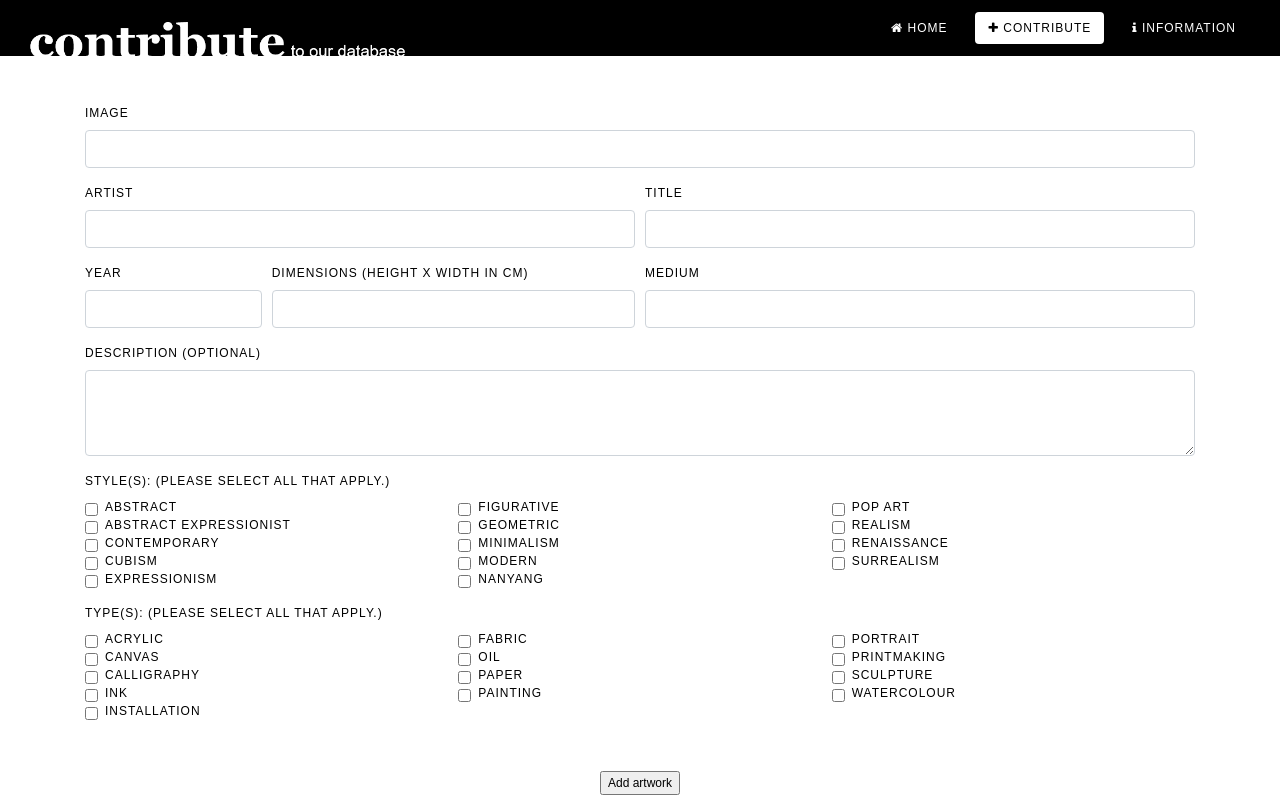
Repository: lynette-lyf/artwork-inventory
Page: http://localhost/add-artwork
The author's editor kept a record of every edit. The page is drawn from the files as they stood at one moment, then again after the next edit.
The browser window is 1280 px wide. The pictures show the whole page.
The page is served by the project's application, run on Flask 3 (app.py).

Above is the page before.

### templates/add_artwork.template.html
<!doctype html>
<html lang="en">
  <head>
    <!-- Required meta tags -->
    <meta charset="utf-8">
    <meta name="viewport" content="width=device-width, initial-scale=1, shrink-to-fit=no">

    <!-- Bootstrap CSS -->
    <link rel="stylesheet" href="https://stackpath.bootstrapcdn.com/bootstrap/4.3.1/css/bootstrap.min.css" integrity="sha384-ggOyR0iXCbMQv3Xipma34MD+dH/1fQ784/j6cY/iJTQUOhcWr7x9JvoRxT2MZw1T" crossorigin="anonymous">
    <!-- Font Awesome CSS -->
    <link href="https://maxcdn.bootstrapcdn.com/font-awesome/4.7.0/css/font-awesome.min.css" rel="stylesheet"/>
    <!-- Google Fonts API -->
    <link href="https://fonts.googleapis.com/css?family=Work+Sans:300,600,800&display=swap" rel="stylesheet">
    <link rel="stylesheet" type="text/css" href="/static/css/style.css">

    <title>Contribute an artwork</title>
  <style>
       body {
    font-family: Arial;
    font-size: 12px;
    color: black;
    text-transform: uppercase;
    letter-spacing:1px;
}

::-webkit-scrollbar {
  width: 5px;
  height: 5px;
  border-left: 0;
  background: white;
}

::-webkit-scrollbar-track {
  background: white;
}

::-webkit-scrollbar-thumb {
  background: black;
  border-radius: 0;
}

.navbar-default {
    background-color: black;
}


#logo {
    position: absolute;
    z-index:1;
    top:-3px;

}

#contribute, #submit {
  font-family: Arial;
    color: black;
    text-decoration: none;
    text-transform: uppercase;
    font-size: 12px;
    letter-spacing:1px;
    background-color: white;
    margin-right:15px;
}

#home, #information {
    font-family: Arial;
    color: white;
    text-decoration: none;
    text-transform: uppercase;
    font-size: 12px;
    letter-spacing:1px;
    background-color: black;
    margin-right:15px;
}


#home:hover, #information:hover, #submit:hover {
    background-color: white;
    color:black;
}




@media (max-width: 994px) {
    .img-fluid {
        max-width:100%
    }

    #home {
        margin-top:2rem;
    }
}

@media screen and (min-width: 995px) {
    .navbar-nav {
        align-items: end;
    }

    .img-fluid {
        max-height:500px;
        max-width:500px
    }
}

  </style>

  </head>


  <body>


    <img id="logo" style="max-height:100px;" src="static/img/contribute-artwork.png"/>

<nav class="navbar navbar-expand-lg navbar-default">
  <a class="navbar-brand" href="#">&nbsp;</a>
  <button class="navbar-toggler" type="button" data-toggle="collapse" data-target="#navbarSupportedContent" aria-controls="navbarSupportedContent" aria-expanded="false" aria-label="Toggle navigation">
    <span class="navbar-toggler-icon"> <i class="fa fa-bars" style="color:#fff; font-size:28px;"></i></span>
  </button>

  <div class="collapse navbar-collapse justify-content-end" id="navbarSupportedContent">
    <ul class="navbar-nav">
      <li class="nav-item">
          <a href="#" id="home" class="btn btn-default"><i class="fa fa-home"></i>    Home</a>
      </li>
      <li class="nav-item">
          <div id="contribute" class="btn btn-default" aria-disabled="true"><i class="fa fa-plus"></i>    Contribute</div>
      </li>
      <li class="nav-item">
        <a href="#" id="information" class="btn btn-default"><i class="fa fa-info"></i>    Information</a>
      </li>
    </ul>

        </div>
  </div>
</nav>


















    <div class='container'>

        <form class='form pt-5' method="POST">


          <div class='form-row'>
              <div class='col-12 mb-3'>
                <label>Image</label>
                <input type='text' class='form-control' name='image' required/>
            </div>



            <div class='col-6 mb-3'>
                <label>Artist</label>
                <input type='text' class='form-control' name='artist' required/>
            </div>
            <div class='col-6 mb-3'>
                <label>Title</label>
                <input type='text' class='form-control' name='title' required/>
            </div>
          </div>

          <div class='form-row'>
            <div class='col-2 mb-3'>
                <label>Year</label>
                <input type='number' class='form-control' maxlength='4' min='1000' max='2019' name='year' required/>
            </div>
            <div class='col-4 mb-3'>
                <label>Dimensions (height x width in cm)</label>
                <input type='text' class='form-control' name='dimensions' required/>
            </div>
            <div class='col-6 mb-3'>
                <label>Medium</label>
                <input type='text' class='form-control' name='medium' required/>
            </div>
          </div>

            <div class='form-group'>
                <label>Description (optional)</label>
                <textarea class="form-control" rows="3" name='description'></textarea>
            </div>

          <div class='form-row'>
            <div class='col-12'>
           <label>Style(s): (Please select all that apply.)</label>
           </div>
           </div>

            <div class='form-row'>
            <div class='col-4'>



            <div class="form-check">
            <input class="form-check-input" type='checkbox' value='Abstract' id="type" name="type">
            <label class="form-check-label" for="Abstract">Abstract</label>
            </div>

            <div class="form-check">
            <input class="form-check-input" type='checkbox' value='Abstract Expressionist' id="type" name="type">
            <label class="form-check-label" for="Abstract Expressionist">Abstract Expressionist</label>
            </div>

            <div class="form-check">
            <input class="form-check-input" type='checkbox' value='Contemporary' id="type" name="type">
            <label class="form-check-label" for="Contemporary">Contemporary</label>
            </div>

            <div class="form-check">
            <input class="form-check-input" type='checkbox' value='Cubism' id="type" name="type">
            <label class="form-check-label" for="Cubism">Cubism</label>
            </div>

            <div class="form-check">
            <input class="form-check-input" type='checkbox' value='Expressionism' id="type" name="type">
            <label class="form-check-label" for="Expressionism">Expressionism</label>
            </div>

            </div>

            <div class='col-4'>

            <div class="form-check">
            <input class="form-check-input" type='checkbox' value='Figurative' id="type" name="type">
            <label class="form-check-label" for="Figurative">Figurative</label>
            </div>

            <div class="form-check">
            <input class="form-check-input" type='checkbox' value='Geometric' id="type" name="type">
            <label class="form-check-label" for="Geometric">Geometric</label>
            </div>

            <div class="form-check">
            <input class="form-check-input" type='checkbox' value='Minimalism' id="type" name="type">
            <label class="form-check-label" for="Minimalism">Minimalism</label>
            </div>

            <div class="form-check">
            <input class="form-check-input" type='checkbox' value='Modern' id="type" name="type">
            <label class="form-check-label" for="Modern">Modern</label>
            </div>

            <div class="form-check">
            <input class="form-check-input" type='checkbox' value='Nanyang' id="type" name="type">
            <label class="form-check-label" for="Nanyang">Nanyang</label>
            </div>

            </div>

            <div class='col-4'>

            <div class="form-check">
            <input class="form-check-input" type='checkbox' value='Pop Art' id="type" name="type">
            <label class="form-check-label" for="Pop Art">Pop Art</label>
            </div>

            <div class="form-check">
            <input class="form-check-input" type='checkbox' value='Realism' id="type" name="type">
            <label class="form-check-label" for="Realism">Realism</label>
            </div>

            <div class="form-check">
            <input class="form-check-input" type='checkbox' value='Renaissance' id="type" name="type">
            <label class="form-check-label" for="Renaissance">Renaissance</label>
            </div>

            <div class="form-check">
            <input class="form-check-input" type='checkbox' value='Surrealism' id="type" name="type">
            <label class="form-check-label" for="Surrealism">Surrealism</label>
            </div>




            </div>
            </div>

            <div class='form-row'>
            <div class='col-12 pt-3'>

           <label>Type(s): (Please select all that apply.)</label>
           </div>
           </div>

            <div class='form-row pb-5'>
            <div class='col-4'>

            <div class="form-check">
            <input class="form-check-input" type='checkbox' value='Acrylic' id="type" name="type">
            <label class="form-check-label" for="Acrylic">Acrylic</label>
            </div>

            <div class="form-check">
            <input class="form-check-input" type='checkbox' value='Canvas' id="type" name="type">
            <label class="form-check-label" for="Canvas">Canvas</label>
            </div>

            <div class="form-check">
            <input class="form-check-input" type='checkbox' value='Calligraphy' id="type" name="type">
            <label class="form-check-label" for="Calligraphy">Calligraphy</label>
            </div>

            <div class="form-check">
            <input class="form-check-input" type='checkbox' value='Ink' id="type" name="type">
            <label class="form-check-label" for="Ink">Ink</label>
            </div>

            <div class="form-check">
            <input class="form-check-input" type='checkbox' value='Installation' id="type" name="type">
            <label class="form-check-label" for="Installation">Installation</label>
            </div>

            </div>

            <div class='col-4'>

            <div class="form-check">
            <input class="form-check-input" type='checkbox' value='Fabric' id="type" name="type">
            <label class="form-check-label" for="Fabric">Fabric</label>
            </div>

            <div class="form-check">
            <input class="form-check-input" type='checkbox' value='Oil' id="type" name="type">
            <label class="form-check-label" for="Oil">Oil</label>
            </div>

            <div class="form-check">
            <input class="form-check-input" type='checkbox' value='Paper' id="type" name="type">
            <label class="form-check-label" for="Paper">Paper</label>
            </div>

            <div class="form-check">
            <input class="form-check-input" type='checkbox' value='Painting' id="type" name="type">
            <label class="form-check-label" for="Painting">Painting</label>
            </div>

            </div>

            <div class='col-4'>

            <div class="form-check">
            <input class="form-check-input" type='checkbox' value='Portrait' id="type" name="type">
            <label class="form-check-label" for="Portrait">Portrait</label>
            </div>

            <div class="form-check">
            <input class="form-check-input" type='checkbox' value='Printmaking' id="type" name="type">
            <label class="form-check-label" for="Printmaking">Printmaking</label>
            </div>

            <div class="form-check">
            <input class="form-check-input" type='checkbox' value='Sculpture' id="type" name="type">
            <label class="form-check-label" for="Sculpture">Sculpture</label>
            </div>

            <div class="form-check">
            <input class="form-check-input" type='checkbox' value='Watercolour' id="type" name="type">
            <label class="form-check-label" for="Watercolour">Watercolour</label>
            </div>

            </div>
            </div>



          <div class="col-12 text-center" id="submit">
           <input type="submit" value="Add artwork"/>
           </div>
        </form>
    </div>

    <!-- Optional JavaScript -->
    <!-- jQuery first, then Popper.js, then Bootstrap JS -->
    <script src="https://code.jquery.com/jquery-3.3.1.slim.min.js" integrity="sha384-q8i/X+965DzO0rT7abK41JStQIAqVgRVzpbzo5smXKp4YfRvH+8abtTE1Pi6jizo" crossorigin="anonymous"></script>
    <script src="https://cdnjs.cloudflare.com/ajax/libs/popper.js/1.14.7/umd/popper.min.js" integrity="sha384-UO2eT0CpHqdSJQ6hJty5KVphtPhzWj9WO1clHTMGa3JDZwrnQq4sF86dIHNDz0W1" crossorigin="anonymous"></script>
    <script src="https://stackpath.bootstrapcdn.com/bootstrap/4.3.1/js/bootstrap.min.js" integrity="sha384-JjSmVgyd0p3pXB1rRibZUAYoIIy6OrQ6VrjIEaFf/nJGzIxFDsf4x0xIM+B07jRM" crossorigin="anonymous"></script>
  </body>
</html>

### app.py
from flask import Flask, render_template, request, redirect, url_for, flash
import os
from bson import ObjectId
import re

import pymongo

MONGO_URI = os.getenv('MONGO_URI')
DATABASE_NAME = 'artworksAndConsigners'

conn = pymongo.MongoClient(MONGO_URI)

def get_connection():
    conn = pymongo.MongoClient(MONGO_URI)
    return conn

app = Flask(__name__)

# READ**************************************************************************

@app.route('/')
def index():
    search_terms = request.args.get('search-by')
    filter = request.args.getlist('filter')

    all_styles = ['Abstract', 'Abstract Expressionist', 'Contemporary', 'Cubism', 'Expressionism', 'Figurative', 'Geometric', 'Minimalism', 'Modern', 'Nanyang', 'Pop Art', 'Realism', 'Renaissance', 'Surrealism']
    all_types = ['Acrylic', 'Canvas', 'Calligraphy', 'Ink', 'Installation', 'Fabric', 'Oil', 'Paper', 'Painting', 'Portrait', 'Printmaking', 'Sculpture', 'Watercolour']

    search_criteria = {}
    print (search_criteria)
    if search_terms is not None and search_terms is not "":
        search_criteria["title"] = re.compile(r'{}'.format(search_terms), re.I)

    if len(filter) > 0:
        search_criteria['all_styles', 'all_types'] = {
            '$all' : filter
        }

    print (search_criteria)

    if search_terms is None:
        search_terms = ""

    conn = get_connection()
    artworksAndConsigners = conn[DATABASE_NAME]['artworksAndConsigners'].find(search_criteria)
    return render_template('index.template.html', results=artworksAndConsigners, search_terms=search_terms, filter=filter, all_styles=all_styles, all_types=all_types)

# CREATE************************************************************************

@app.route('/add-artwork')
def show_add_artwork_form():
    return render_template('add_artwork.template.html')

@app.route('/add-artwork', methods=['POST'])
def process_add_artwork_form():
    image = request.form.get('image')
    artist = request.form['artist']
    title = request.form['title']
    year = request.form['year']
    dimensions = request.form['dimensions']
    medium = request.form['medium']
    description = request.form['description']
    type = request.form.getlist('type')

    conn = get_connection()
    conn[DATABASE_NAME]['artworksAndConsigners'].insert({
        "image" : image,
        "artist" : artist,
        "title" : title,
        "year" : year,
        "dimensions" : dimensions,
        "medium" : medium,
        "description" : description,
        "type" : type
    })

    return redirect("/")

# UPDATE************************************************************************

@app.route('/edit-artwork/<artwork_id>')
def show_edit_artwork_form(artwork_id):
    conn = get_connection()
    artwork = conn[DATABASE_NAME]['artworksAndConsigners'].find_one({
        '_id': ObjectId(artwork_id)
    })

    results = artwork['type']
    all_styles = ['Abstract', 'Abstract Expressionist', 'Contemporary', 'Cubism', 'Expressionism', 'Figurative', 'Geometric', 'Minimalism', 'Modern', 'Nanyang', 'Pop Art', 'Realism', 'Renaissance', 'Surrealism']
    all_types = ['Acrylic', 'Canvas', 'Calligraphy', 'Ink', 'Installation', 'Fabric', 'Oil', 'Paper', 'Painting', 'Portrait', 'Printmaking', 'Sculpture', 'Watercolour']

    return render_template('edit_artwork.template.html', artworksAndConsigners=artwork,
    selected_type=results, all_styles=all_styles, all_types=all_types)

@app.route("/edit-artwork/<artwork_id>", methods=['POST'])
def process_edit_artwork_form(artwork_id):
    image = request.form.get('image')
    artist = request.form['artist']
    title = request.form['title']
    year = request.form['year']
    dimensions = request.form['dimensions']
    medium = request.form['medium']
    description = request.form['description']
    type = request.form.getlist('type')

    conn = get_connection()
    conn[DATABASE_NAME]["artworksAndConsigners"].update({
        '_id': ObjectId(artwork_id)
    }, {
       "image" : image,
        "artist" : artist,
        "title" : title,
        "year" : year,
        "dimensions" : dimensions,
        "medium" : medium,
        "description" : description,
        "type": type
    })

    return redirect("/")


# DELETE************************************************************************

@app.route('/confirm-delete-artwork/<artwork_id>')
def confirm_delete_artwork(artwork_id):

    artwork = conn[DATABASE_NAME]["artworksAndConsigners"].find_one({
        '_id': ObjectId(artwork_id)
    }, {
        "title": 1,
        "artist": 1
    })

    return render_template('confirm_delete_artwork.template.html', artworksAndConsigners=artwork)

@app.route('/delete-artwork/<artwork_id>')
def delete_artwork(artwork_id):
    conn[DATABASE_NAME]["artworksAndConsigners"].delete_one({
        '_id': ObjectId(artwork_id)
    })

    return redirect('/')

# "magic code" -- boilerplate
if __name__ == '__main__':
    app.run(host=os.environ.get('IP'),
    port=int(os.environ.get('PORT')),
    debug=True)

### static/css/style.css
body {
    font-family: Arial;
    font-size: 15px;
    color: black;
}

::-webkit-scrollbar {
  width: 5px;
  height: 5px;
  border-left: 0;
  background: white;
}

::-webkit-scrollbar-track {
  background: white;
}

::-webkit-scrollbar-thumb {
  background: black;
  border-radius: 0;
}

.navbar-default {
    background-color: black;
}


#logo {
    position: absolute;
    z-index:1;
    top:-4px;
}

#home, #contribute, #information {
    font-family: Arial;
    color: white;
    text-decoration: none;
    text-transform: uppercase;
    font-size: 12px;
    letter-spacing:1px;
    background-color: black;
    margin-right:15px;
}

#submit {
    font-family: Arial;
    color: white;
    text-decoration: none;
    text-transform: uppercase;
    font-size: 12px;
    letter-spacing:1px;
    background-color: grey;
    margin-right:15px;
    border-radius:0px;
    height:31px;
    margin-top:3px;
}
#home:hover, #contribute:hover, #information:hover, #submit:hover {
    background-color: white;
    color:black;
}

#search-by {
    border-radius:0px;
    font-family: Arial;
    font-weight:bold;
    color: black;
    text-transform: uppercase;
    font-size: 12px;
    margin-top:3px;
    border-width:0px;
}

#caret-dropdown {
    color:grey;
    background-color:white;
    height:31px;
    margin-top:3px;
}

.dropdown.dropdown-lg .dropdown-menu {
    margin-top: -1px;
    padding: 4px 15px;
}

.btn-group .btn {
    border-radius: 0;
    margin-left: -1px;
}
.form-horizontal .form-group {
    margin-left: 0;
    margin-right: 0;
}

@media (max-width: 994px) {
    .img-fluid {
        max-width:100%
    }

    #home {
        margin-top:2rem;
    }
}

@media screen and (min-width: 995px) {
    .navbar-nav {
        align-items: end;
    }

    #boot-search-box {
        width: 500px;
        margin: 0 auto;
    }
    .dropdown.dropdown-lg {
        position: static !important;
    }
    .dropdown.dropdown-lg .dropdown-menu {
        min-width: 500px;
    }

    .img-fluid {
        max-height:500px;
        max-width:500px
    }
}

.artist {
    font-family: 'Work Sans', sans-serif;
    font-weight: 800;
    text-transform: uppercase;
    font-size: 3vh;
    line-height:10%;
    margin-top:15px;
}

.title {
    font-style: italic;
    font-family: 'Work Sans', sans-serif;
    font-weight: 600;
    text-transform: uppercase;
    font-size: 1.8vh;
    margin-right: 2px;
    line-height:10%;
}

.year {
    font-style: italic;
    font-family: 'Work Sans', sans-serif;
    font-weight: 400;
    font-size: 1.8vh;
    margin-right: 2px;
}

.medium, .dimensions {
    letter-spacing: 1px;
    margin-bottom:0px;
}

.description {
    text-align: justify;
    margin-top: 20px;
}

.tag-label {
    text-transform: uppercase;
    font-weight: bold;
    margin-bottom: 0px;
}

.tags {
    text-transform: uppercase;
    font-size: 12px;
    margin-top: 0px;
}

.action {
    text-decoration: none;
    color: black;
    font-family: Arial;
    text-transform: uppercase;
    font-size: 10px;
    margin:5px;
}

.action:hover {
    color:white;
    background-color:black;
    border-radius:0px;
    border-width:0px;;
}

After the next edit:
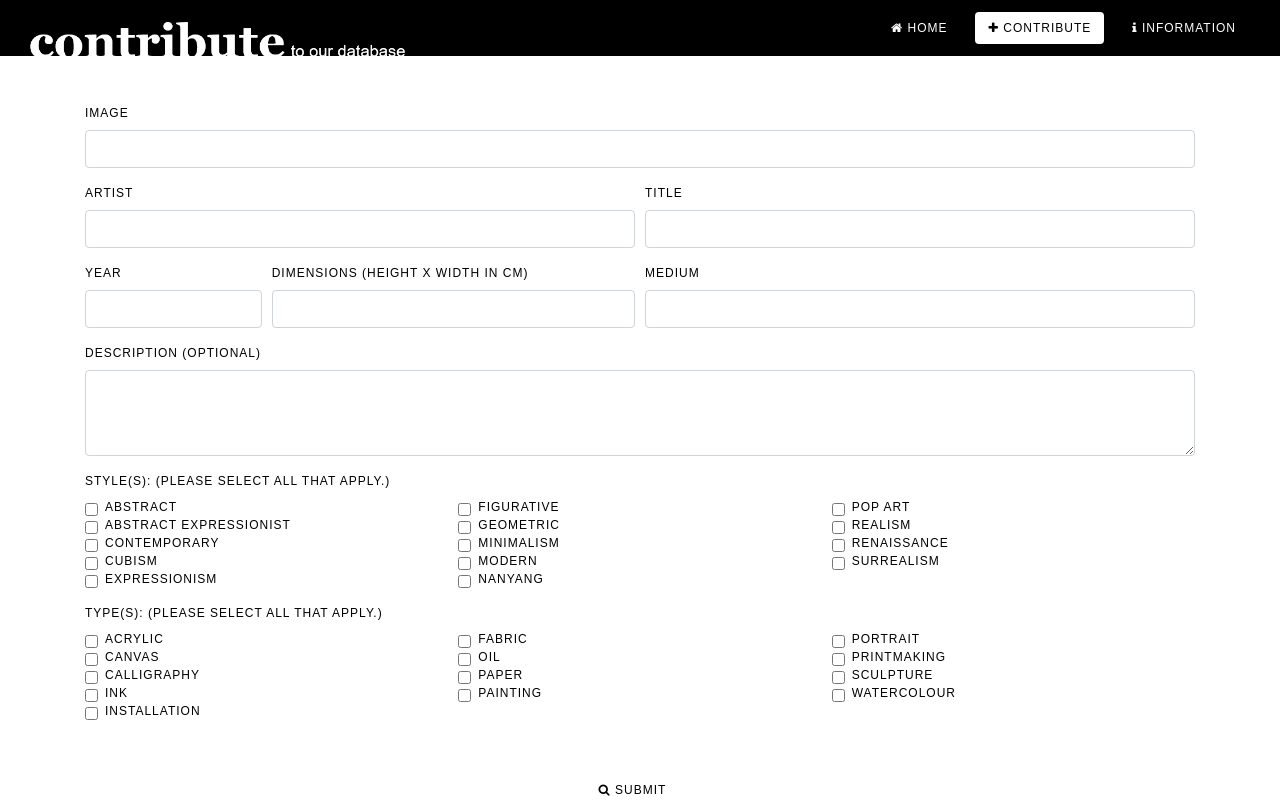
The edit:
--- a/templates/add_artwork.template.html
+++ b/templates/add_artwork.template.html
@@ -380,8 +380,10 @@
 
 
           <div class="col-12 text-center" id="submit">
-           <input type="submit" value="Add artwork"/>
-           </div>
+           <button type="submit" id="submit" class="btn btn-default">
+                            <i class="fa fa-search"></i>    Submit
+                        </button>
+                        </div>
         </form>
     </div>
 
